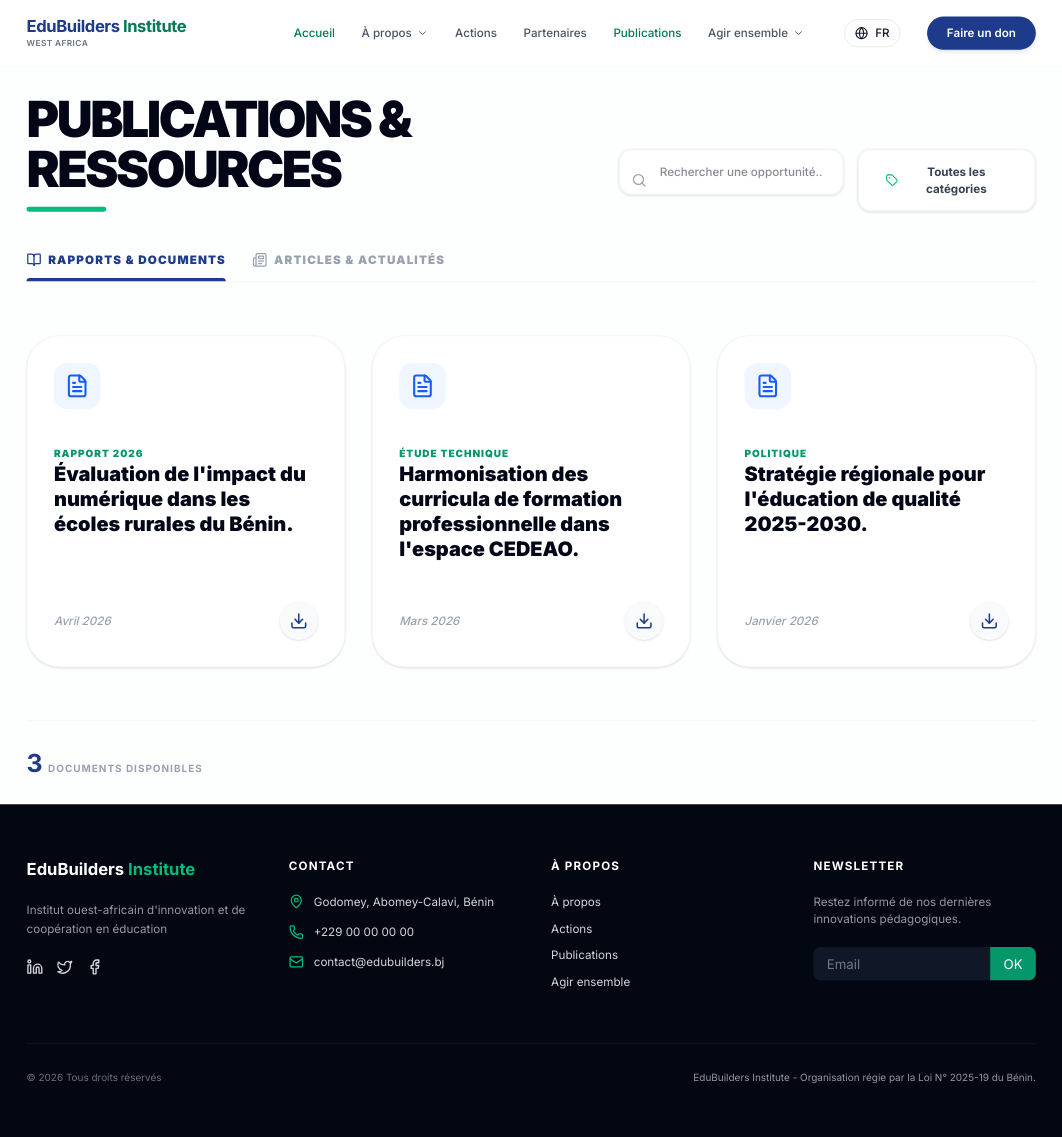
Repository: Julvano/edubuilders-website
Page: /fr/publications
An editor plug-in stored every save of this project. The page is shown before and after the next save, followed by the edit.
The browser window is 1280 px wide. The pictures show the whole page, at 83% of full size.
Some web fonts or font styles are not loaded; a fallback is used. The project was rebuilt for these pictures with package versions that can differ from the ones it lists, and the page was loaded fresh each time. Also part of the build but not shown: vite.config.ts, src/translations.ts, src/pages/Home.tsx, src/pages/Actions.tsx, src/pages/Partners.tsx, src/pages/VisionMission.tsx, src/pages/Objectives.tsx, src/pages/Join.tsx and 8 more.

Above is the page before, as saved 2026-04-28 14:59:36.

After the next save:
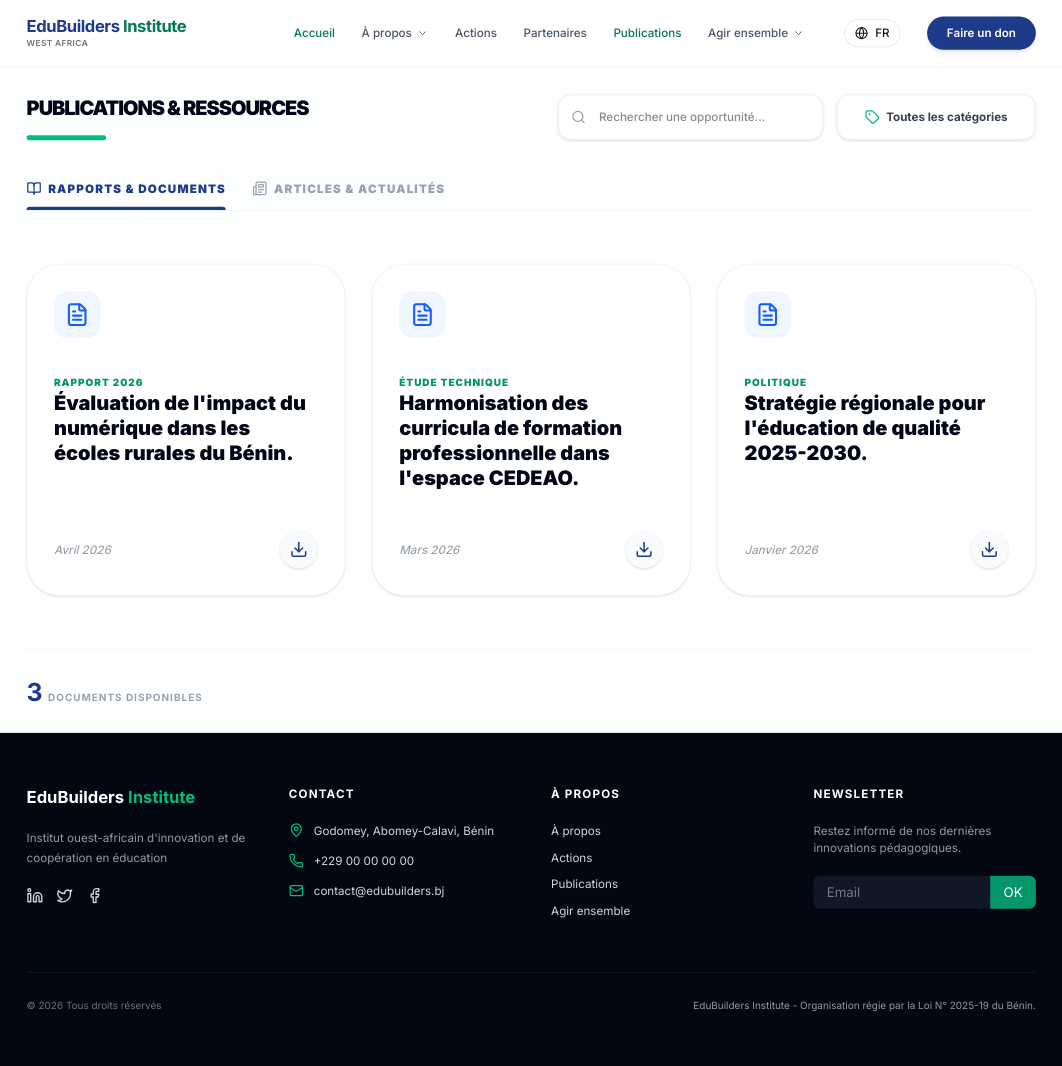
Saved 24 s later.
--- a/src/pages/Publications.tsx
+++ b/src/pages/Publications.tsx
@@ -190,7 +190,7 @@ const Publications: React.FC = () => {
         <div className="space-y-12 mb-16">
           <div className="flex flex-col lg:flex-row lg:items-end justify-between gap-8">
             <div className="space-y-4">
-              <h1 className="text-5xl lg:text-6xl font-black text-blue-950 uppercase tracking-tighter">
+              <h1 className="text-2xl lg:text-2xl font-black text-blue-950 uppercase tracking-tighter">
                 {t.publications.title}
               </h1>
               <div className="w-24 h-1.5 bg-emerald-500 rounded-full" />
